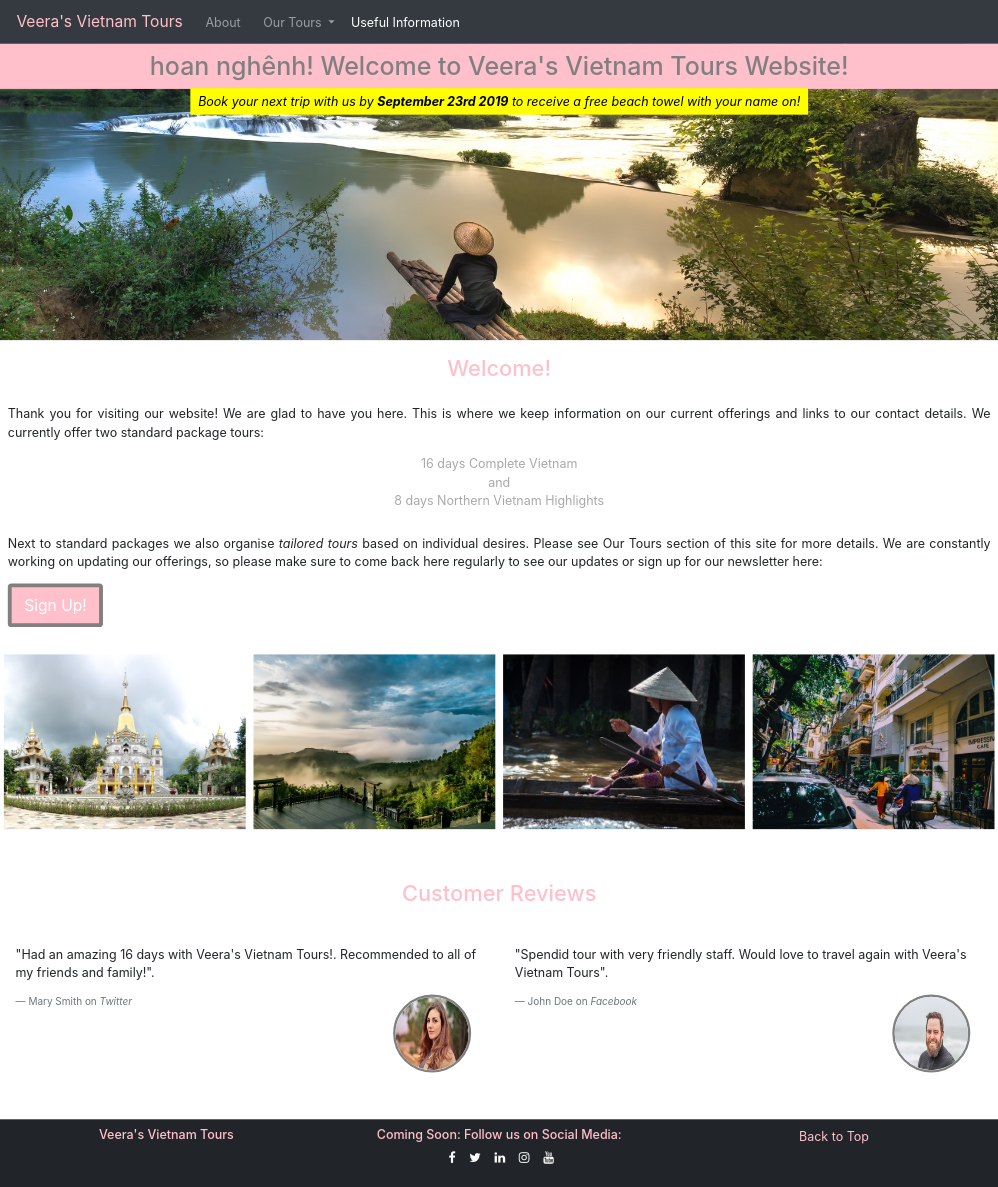
Repository: VAhola/VietnamTour
Page: index.html
The author's editor kept a record of every edit. The page is drawn from the files as they stood at one moment, then again after the next edit.
The browser window is 1280 px wide. The pictures show the whole page, at 78% of full size.

Above is the page before.

After the next edit:
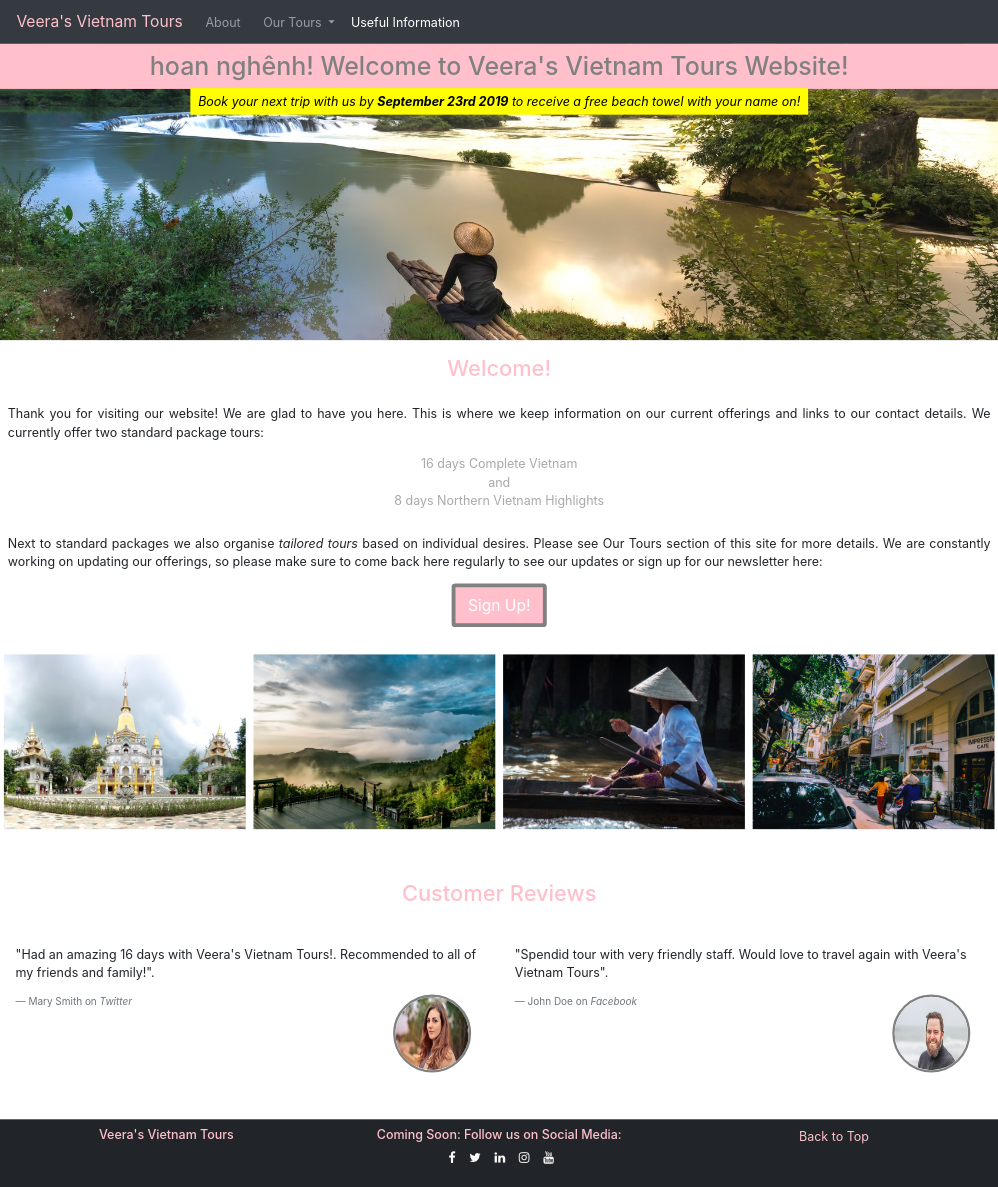
The edit:
--- a/index.html
+++ b/index.html
@@ -69,9 +69,10 @@
     </div>
 
      <p>Next to standard packages we also organise <em>tailored tours</em> based on individual desires. Please see Our Tours section of this site for more details. We are constantly working on updating our offerings, so please make sure to come back here regularly to see our updates or sign up for our newsletter here:
-<br>
-
-    <p><button class="btn btn-lg btn-success1" data-toggle="modal" data-target="#signUpModal">Sign Up!</button></p>
+    <br>
+    </div>
+    <div class="center">
+    <p><button class="btn btn-lg btn-success1" style=text-align:"center" data-toggle="modal" data-target="#signUpModal">Sign Up!</button></p>
      </div>
 
 </div>
